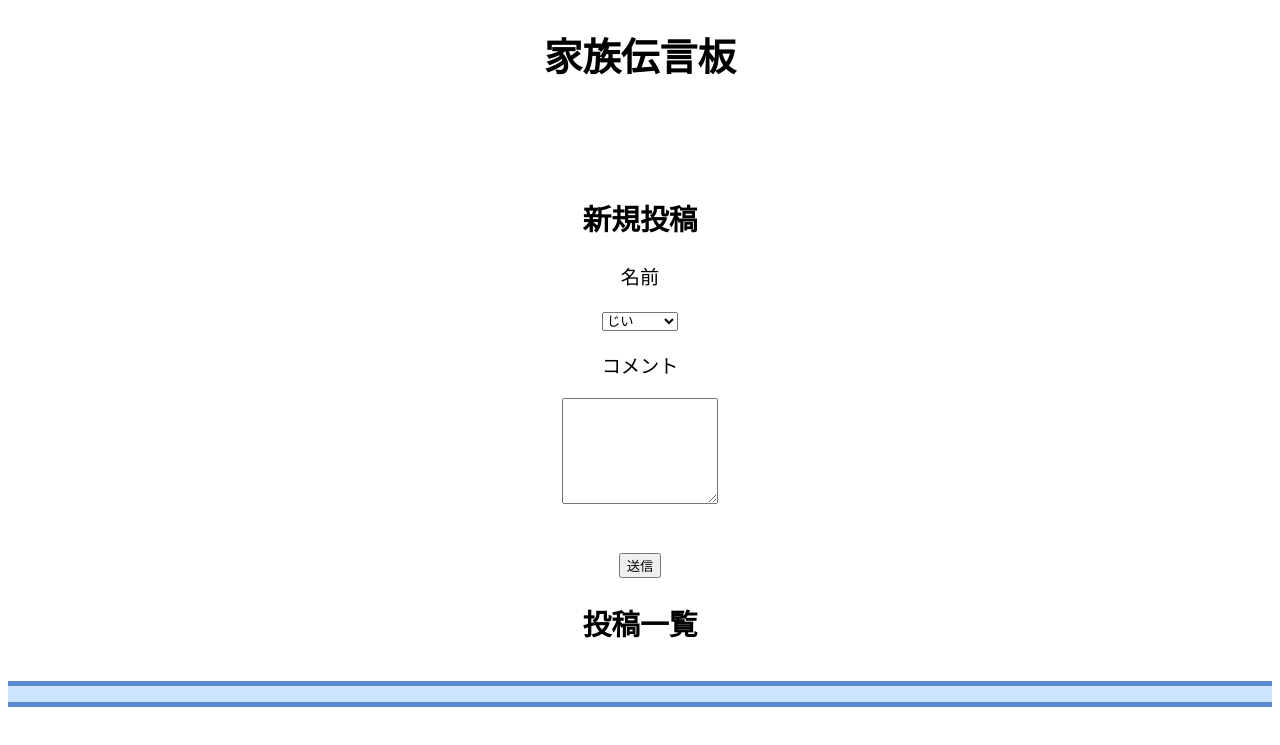
Repository: kakutoshi/test
Page: http://localhost/
An editor plug-in stored every save of this project. The page is shown before and after the next save, followed by the edit.
The browser window is 1280 px wide. The pictures show the whole page.
The page is run by PHP 8.4 with error messages shown; the project is at /var/www/html/. Queries for data that is not in the repository find no rows.

Above is the page before, as saved 2022-04-19 00:55:37.

After the next save:
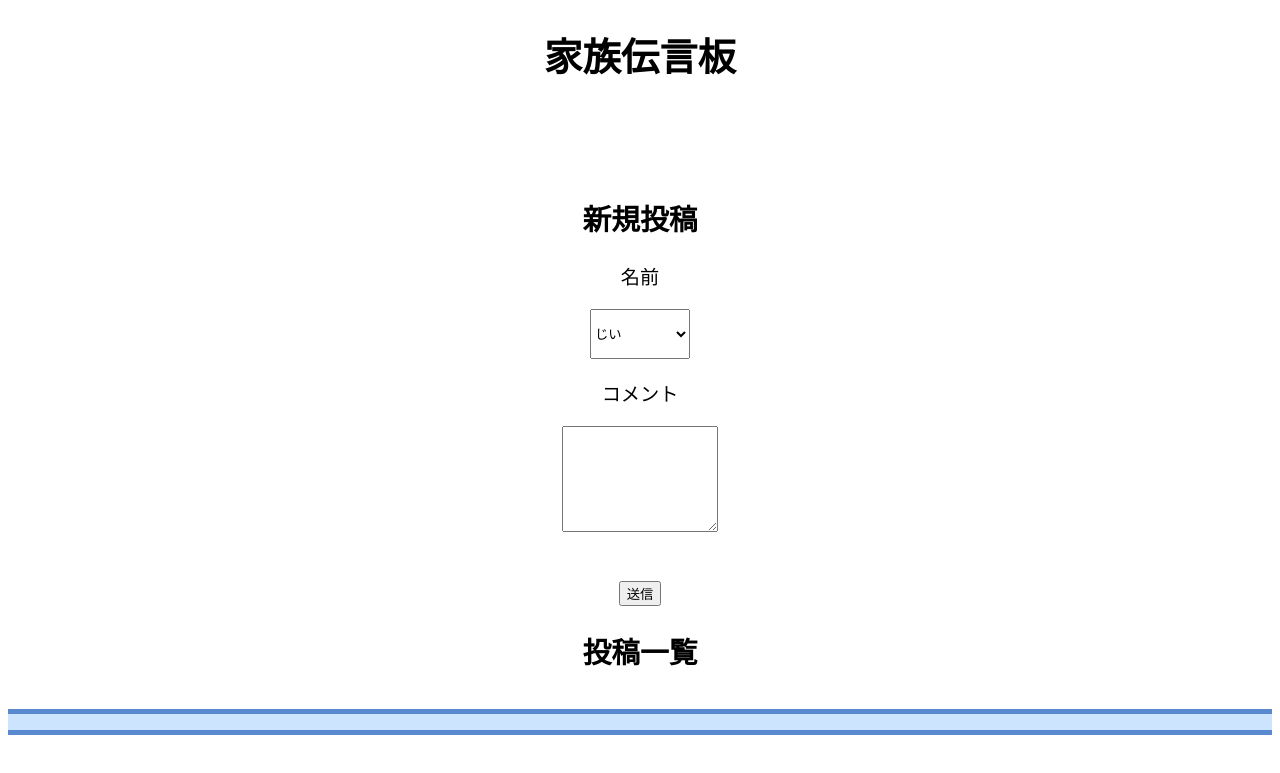
Saved 107 s later.
--- a/it06/htdocs/BBS/css/common.css
+++ b/it06/htdocs/BBS/css/common.css
@@ -12,6 +12,10 @@ textarea{
 	width:150px;
 	height:100px;
 }
+select{
+	width:100px;
+	height:50px;
+}
 
 
 .box{
